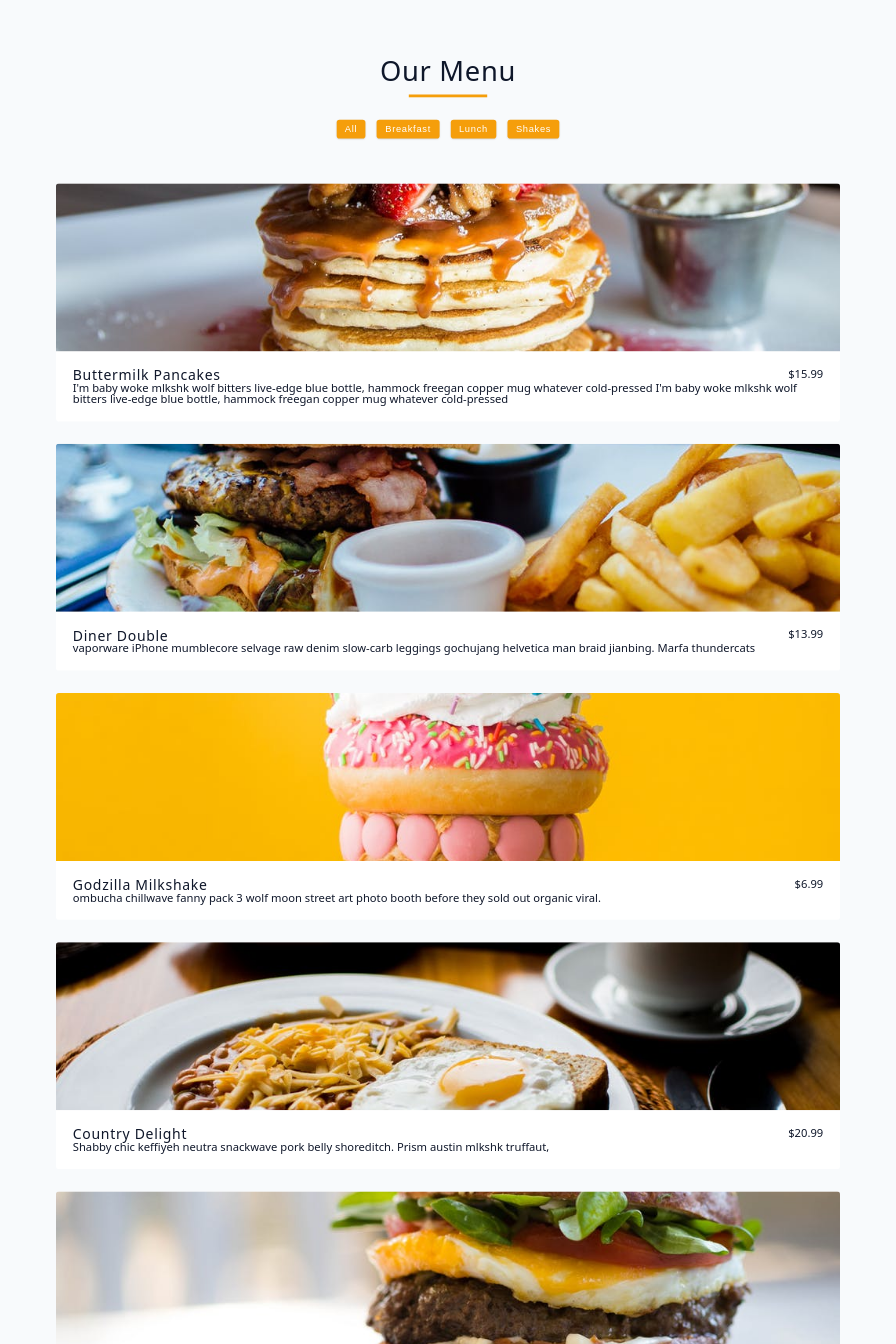
Repository: dydals3440/React-Projects
Page: / (app in 04-fundamental-projects/05-menu/starter/)
These files come from the project's save history. The page is drawn as it stood at one moment and after the next save; the edit follows.
The browser window is 1280 px wide. The pictures show the part of the page from y = 0 to 1920 px (the page is 3530 px tall before and 3710 px after), at 70% of full size.
The project was rebuilt for these pictures with package versions that can differ from the ones it lists, and the page was loaded fresh each time. Also part of the build but not shown: 04-fundamental-projects/05-menu/starter/vite.config.js.

Above is the page before, as saved 2023-09-07 13:58:57.

After the next save:
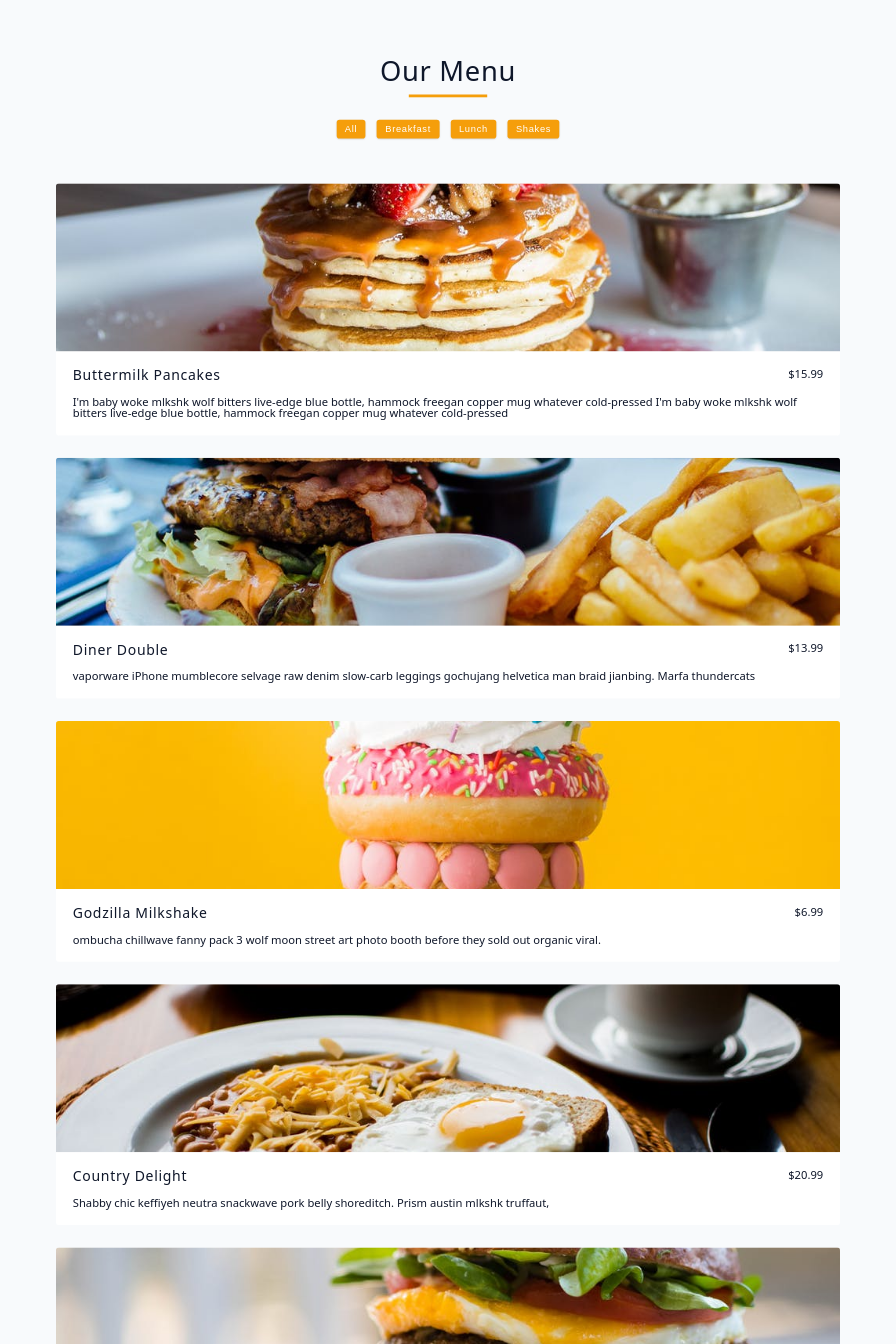
Saved 15 s later.
--- a/04-fundamental-projects/05-menu/starter/src/index.css
+++ b/04-fundamental-projects/05-menu/starter/src/index.css
@@ -293,4 +293,5 @@ ul {
   justify-content: space-between;
   flex-wrap: wrap;
   gap: 1rem;
-}
+  margin-bottom: 1.25rem;
+}
